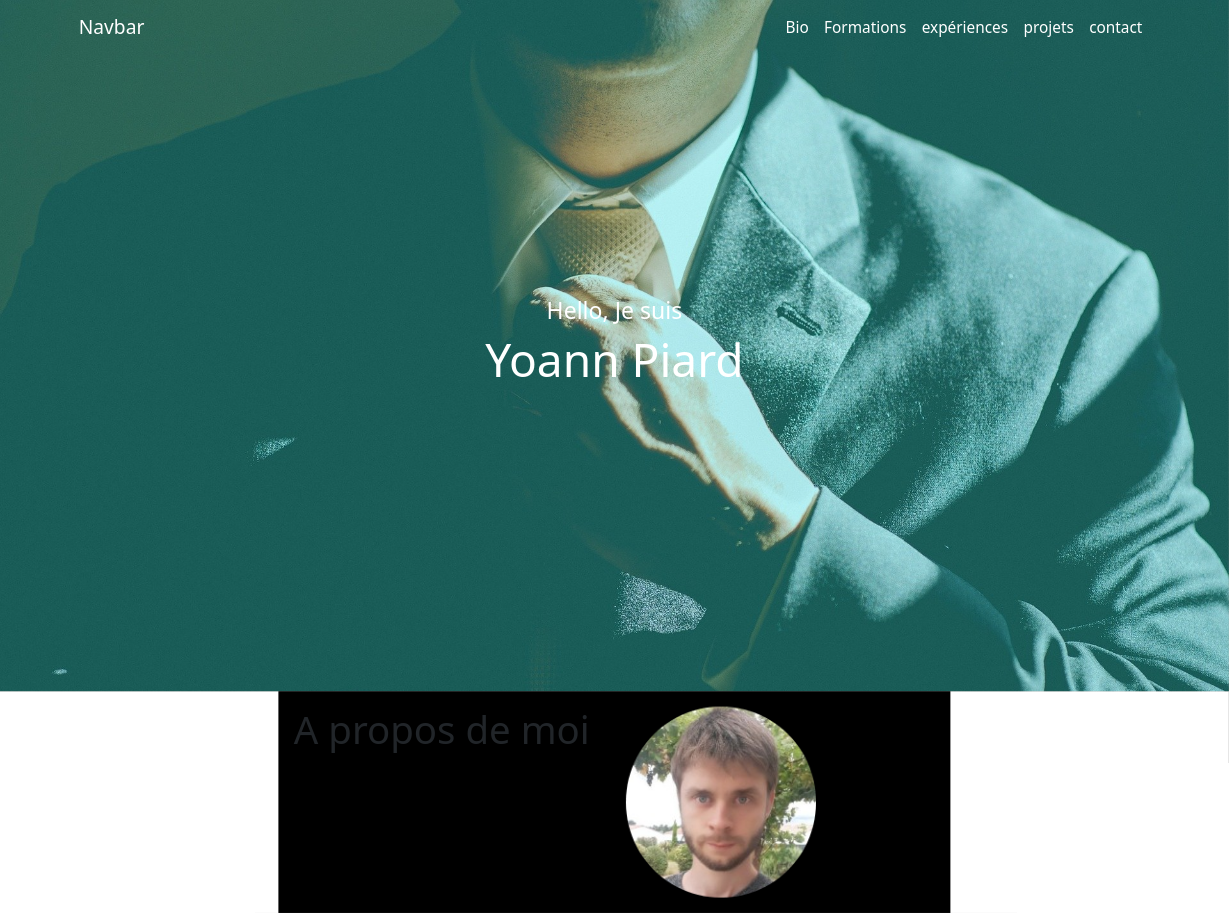
Repository: ypiard85/port-folio-bootstrap-yoann-2021
Page: index.html
An editor plug-in stored every save of this project. The page is shown before and after the next save, followed by the edit.
The browser window is 1280 px wide. The pictures show the whole page, at 96% of full size.

Above is the page before, as saved 2021-03-09 12:45:32.

After the next save:
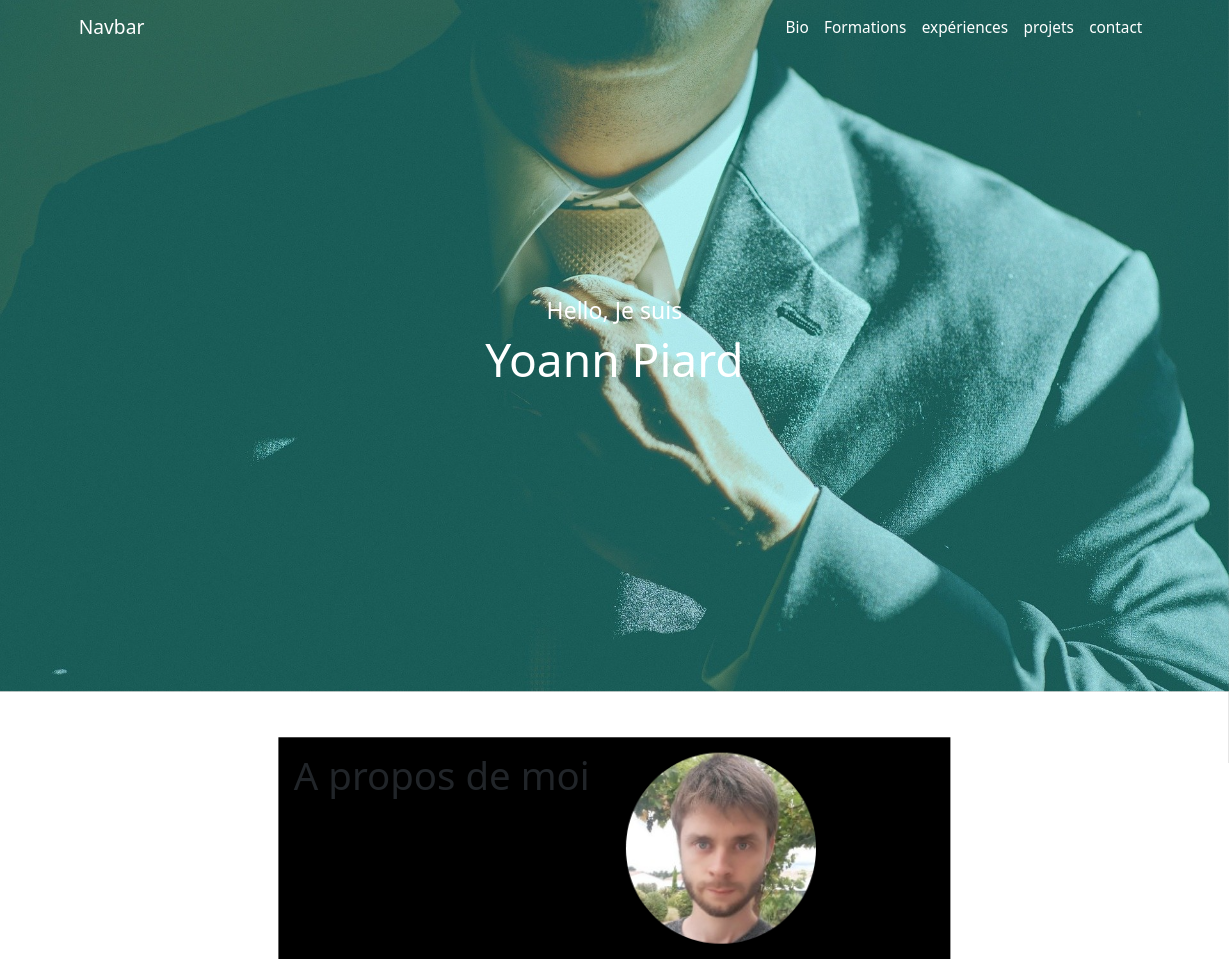
Saved 69 min 37 s later.
--- a/index.html
+++ b/index.html
@@ -45,7 +45,7 @@
               <h1>Yoann Piard</h1>
           </header>
 
-          <section class="about_me p-3">
+          <section class="about_me p-3 mt-5">
                 <div class="row">
                     <div class="col-md-6">
                         <h1>A propos de moi</h1>
